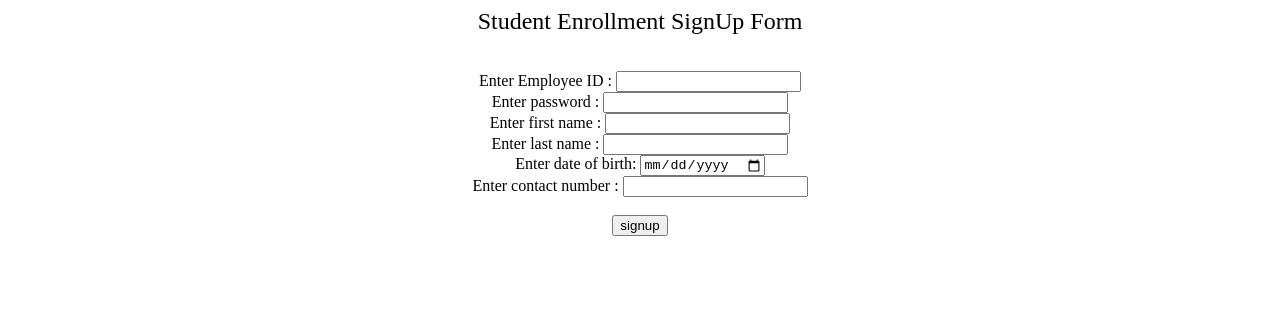
Repository: adarshsingh011/demoapp
Page: http://localhost/demoapp/signup.jsp
An editor plug-in stored every save of this project. The page is shown before and after the next save, followed by the edit.
The browser window is 1280 px wide. The pictures show the whole page.
The page is served by Tomcat 10.

Above is the page before, as saved 2022-03-17 09:23:51.

After the next save:
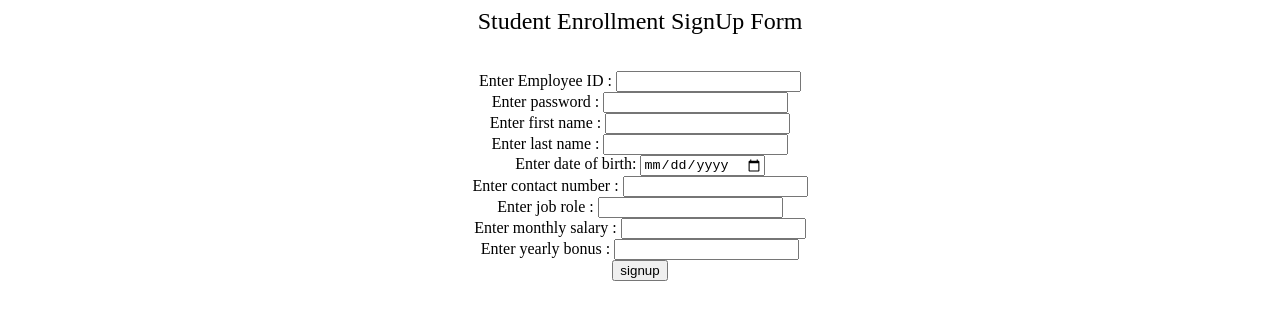
Saved 21 min 57 s later.
--- a/demoapp/src/main/webapp/signup.jsp
+++ b/demoapp/src/main/webapp/signup.jsp
@@ -9,12 +9,15 @@
 <body>
 	<center><font size="+2">Student Enrollment SignUp Form</font></center><br><br>
 	<form action="Signup" method= "post">
-			<center>Enter Employee ID : <input type="text" name="uname" required><br>
+			<center>Enter Employee ID   :   <input type="text" name="uname" required><br>
 			Enter password : <input type="password" name="pass"required><br>
-			Enter first name : <input type="text" name="fname"><br>
-			Enter last name : <input type="text" name="lname"><br>
-			Enter date of birth: <input type="date" name="dob"><br>
-			Enter contact number : <input type="text" name="contact"><br><br>
+			Enter first name : <input type="text" name="first_name"><br>
+			Enter last name : <input type="text" name="last_name"><br>
+			Enter date of birth: <input type="date" name="date_of_birth"><br>
+			Enter contact number  :  <input type="text" name="contact_number"><br>
+			Enter job role  :  <input type="text" name="job_role"><br>
+			Enter monthly salary  :  <input type="text" name="monthly_salary"><br>
+			Enter yearly bonus  :  <input type="text" name="yearly_bonus"><br>
 			<input type="submit" value="signup"></center>
 
 
